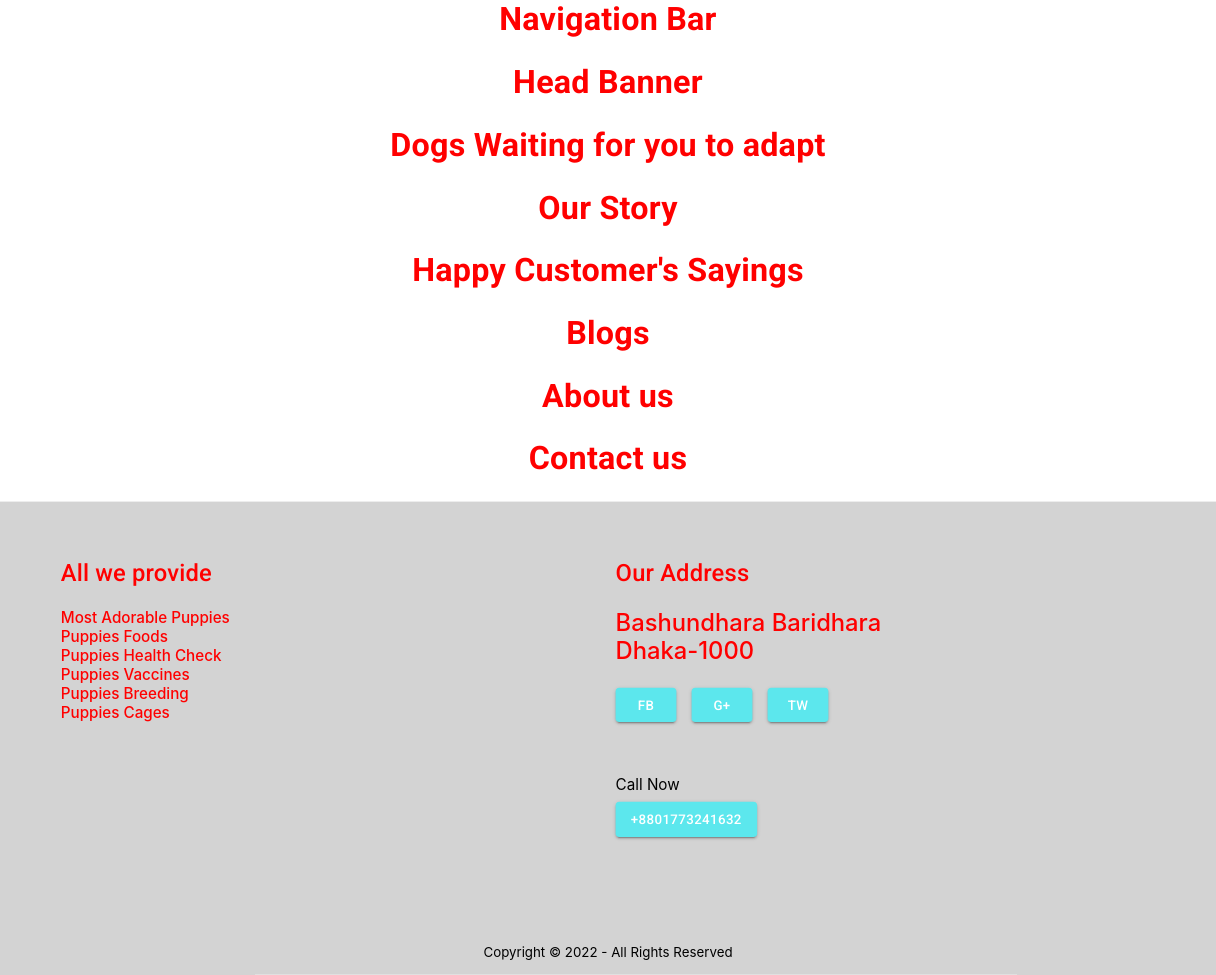
Repository: Sharif-00112/dogos-paradise-client
Page: /
The author's editor kept a copy of each file at every save. The page is drawn from the files as they stood at one save, then again after the next save.
The browser window is 1280 px wide. The pictures show the whole page, at 95% of full size.
The project was rebuilt for these pictures with package versions that can differ from the ones it lists, and the page was loaded fresh each time. Also part of the build but not shown: src/Pages/Login/Login/Login.js, src/Pages/Login/Register/Register.js, src/Pages/NotFound/NotFound.js.

Above is the page before, as saved 2022-11-30 22:48:20.

### public/index.html
<!DOCTYPE html>
<html lang="en">
  <head>
    <meta charset="utf-8" />
    <link rel="icon" href="%PUBLIC_URL%/favicon.ico" />
    <meta name="viewport" content="width=device-width, initial-scale=1" />
    <meta name="theme-color" content="#000000" />
    <meta
      name="description"
      content="Web site created using create-react-app"
    />
    <link
      rel="stylesheet" href="https://fonts.googleapis.com/css?family=Roboto:300,400,500,700&display=swap"
    />

    <link rel="apple-touch-icon" href="%PUBLIC_URL%/logo192.png" />
    <!--
      manifest.json provides metadata used when your web app is installed on a
      user's mobile device or desktop. See https://developers.google.com/web/fundamentals/web-app-manifest/
    -->
    <link rel="manifest" href="%PUBLIC_URL%/manifest.json" />
    <!--
      Notice the use of %PUBLIC_URL% in the tags above.
      It will be replaced with the URL of the `public` folder during the build.
      Only files inside the `public` folder can be referenced from the HTML.

      Unlike "/favicon.ico" or "favicon.ico", "%PUBLIC_URL%/favicon.ico" will
      work correctly both with client-side routing and a non-root public URL.
      Learn how to configure a non-root public URL by running `npm run build`.
    -->
    <title>React App</title>
  </head>
  <body>
    <noscript>You need to enable JavaScript to run this app.</noscript>
    <div id="root"></div>
    <!--
      This HTML file is a template.
      If you open it directly in the browser, you will see an empty page.

      You can add webfonts, meta tags, or analytics to this file.
      The build step will place the bundled scripts into the <body> tag.

      To begin the development, run `npm start` or `yarn start`.
      To create a production bundle, use `npm run build` or `yarn build`.
    -->
  </body>
</html>

### src/App.js
import React  from 'react';
import './App.css';
import { BrowserRouter as Router, Route, Routes} from 'react-router-dom';
import Home from './Pages/Home/Home/Home';
import Login from './Pages/Login/Login/Login';
import Register from './Pages/Login/Register/Register';
import AuthProvider from './contexts/AuthProvider/AuthProvider';
// import PrivateRoute from './Pages/Login/PrivateRoute/PrivateRoute';
import NotFound from './Pages/NotFound/NotFound';
import Contact from './Pages/Home/Contact/Contact';
import Products from './Pages/Home/Products/Products';
import Story from './Pages/Home/Story/Story';
import CustomerReviews from './Pages/Home/CustomerReviews/CustomerReviews';
import Blogs from './Pages/Home/Blogs/Blogs';
import About from './Pages/Home/About/About';
// import Footer from './Pages/Shared/Footer/Footer';
// import Dashboard from './Pages/Dashboard/Dashboard/Dashboard';

function App() {
  return (
    <div className="App">
      <AuthProvider>
        <Router>
          <Routes>
            <Route exact path = '/' element={<Home/>}/>
            <Route exact path = '/home' element={<Home/>}/>
            <Route exact path = '/login' element={<Login/>}/>
            <Route exact path = '/register' element={<Register/>}/>
            <Route exact path = '/contact' element={<Contact/>}/>
            <Route exact path = '/products' element={<Products/>}/>
            <Route exact path = '/story' element={<Story/>}/>
            <Route exact path = '/reviews' element={<CustomerReviews/>}/>
            <Route exact path = '/blogs' element={<Blogs/>}/>
            <Route exact path = '/about' element={<About/>}/>
            {/* <Route exact path = '/appointment' element = {
              <PrivateRoute>
                <Appointment></Appointment>
              </PrivateRoute>
            }> </Route> */}
            {/* <Route path = 'dashboard/*' element = {
              <PrivateRoute>
                <Dashboard></Dashboard>
              </PrivateRoute>
            }> </Route> */}
            <Route path = '*' element={<NotFound/>}/>
          </Routes>
          {/* <Footer></Footer> */}
        </Router>
      </AuthProvider>
    </div>
  );
}

export default App;

### src/Pages/Home/Home/Home.js
import React from 'react';
import Footer from '../../Shared/Footer/Footer';
import Navigation from '../../Shared/Navigation/Navigation';
import About from '../About/About';
import Banner from '../Banner/Banner';
import Blogs from '../Blogs/Blogs';
import Contact from '../Contact/Contact';
import CustomerReviews from '../CustomerReviews/CustomerReviews';
import Products from '../Products/Products';
import Story from '../Story/Story';

const Home = () => {
    return (
        <div>
            <Navigation></Navigation>
            <Banner></Banner>
            <Products></Products>
            <Story></Story>
            <CustomerReviews></CustomerReviews>
            <Blogs></Blogs>
            <About></About>
            <Contact></Contact>
            <Footer></Footer>
        </div>
    );
};

export default Home;

### src/contexts/AuthProvider/AuthProvider.js
import React from 'react';
import { createContext } from 'react';
import useFirebase from '../../hooks/useFirebase';

//step-1-context
export const AuthContext = createContext();

const AuthProvider = (props) => {
    //step-3-context
    const {children} = props;

    //step-5-context
    const allContexts = useFirebase();

    return (
        //step-2-context
        <AuthContext.Provider value={allContexts}>
            {children}
        </AuthContext.Provider>
    );
};

export default AuthProvider;

### src/Pages/Home/Contact/Contact.js
import React from 'react';
import { Typography } from '@mui/material';

const Contact = () => {
    return (
        <div>
            <Typography sx={{ m: 3, color: 'red', fontWeight: 600 }} variant="h4" component="div">
                Contact us
            </Typography>
        </div>
    );
};

export default Contact;

### src/Pages/Home/Products/Products.js
import React from 'react';
import { Typography } from '@mui/material';

const Products = () => {
    return (
        <div>
            <Typography sx={{ m: 3, color: 'red', fontWeight: 600 }} variant="h4" component="div">
                Dogs Waiting for you to adapt
            </Typography>
        </div>
    );
};

export default Products;

### src/Pages/Home/Story/Story.js
import React from 'react';
import { Typography } from '@mui/material';


const Story = () => {
    return (
        <div>
            <Typography sx={{ m: 3, color: 'red', fontWeight: 600 }} variant="h4" component="div">
                Our Story
            </Typography>
        </div>
    );
};

export default Story;

### src/Pages/Home/CustomerReviews/CustomerReviews.js
import React from 'react';
import { Typography } from '@mui/material';


const CustomerReviews = () => {
    return (
        <div>
            <Typography sx={{ m: 3, color: 'red', fontWeight: 600 }} variant="h4" component="div">
                Happy Customer's Sayings
            </Typography>
        </div>
    );
};

export default CustomerReviews;

### src/Pages/Home/Blogs/Blogs.js
import React from 'react';
import { Typography } from '@mui/material';


const Blogs = () => {
    return (
        <div>
            <Typography sx={{ m: 3, color: 'red', fontWeight: 600 }} variant="h4" component="div">
                Blogs
            </Typography>
        </div>
    );
};

export default Blogs;

### src/Pages/Home/About/About.js
import React from 'react';
import { Typography } from '@mui/material';

const About = () => {
    return (
        <div>
            <Typography sx={{ m: 3, color: 'red', fontWeight: 600 }} variant="h4" component="div">
                About us
            </Typography>
        </div>
    );
};

export default About;

### src/Pages/Shared/Footer/Footer.js
import React from 'react';
import { Typography } from '@mui/material';
import { Container } from '@mui/system';
import Box from '@mui/material/Box';
import Grid from '@mui/material/Unstable_Grid2';
import { Link } from 'react-router-dom';
import { Button } from '@mui/material';


const Footer = () => {
    return (
        <div style={{ backgroundColor: 'lightgray' }}>
        <Container sx={{ py: 5, px:10 }}>
            <Box sx={{ flexGrow: 1 }}>
                <Grid container spacing={2}>
                    <Grid item style={{ textAlign: 'left'}} xs={6} md={6}>
                        <Typography sx={{ my:2, fontSize: 18, fontWeight: 600 }} style={{color: 'red', fontWeight: 500, fontSize: 25 }} variant="h6" component="div">
                            All we provide
                        </Typography>
                        <Link
                            style={{ textDecoration:'none', color: 'red', fontWeight: 500, fontSize: 16 }}
                            to = '/emergencyDentalCare'>
                                Most Adorable Puppies
                        </Link>
                        <br />
                        <Link
                            style={{ textDecoration:'none', color: 'red', fontWeight: 500, fontSize: 16 }}
                            to = '/checkUp'>
                                Puppies Foods
                        </Link>
                        <br />
                        <Link
                            style={{ textDecoration:'none', color: 'red', fontWeight: 500, fontSize: 16 }}
                            to = '/checkUp'>
                                Puppies Health Check
                        </Link>
                        <br />
                        <Link
                            style={{ textDecoration:'none', color: 'red', fontWeight: 500, fontSize: 16 }}
                            to = '/checkUp'>
                                Puppies Vaccines
                        </Link>
                        <br />
                        <Link
                            style={{ textDecoration:'none', color: 'red', fontWeight: 500, fontSize: 16 }}
                            to = '/checkUp'>
                                Puppies Breeding
                        </Link>
                        <br />
                        <Link
                            style={{ textDecoration:'none', color: 'red', fontWeight: 500, fontSize: 16 }}
                            to = '/checkUp'>
                                Puppies Cages
                        </Link>
                    </Grid>
                    <Grid item style={{ textAlign: 'left'}} xs={6} md={6}>
                        <Typography sx={{ my:2, fontSize: 18, fontWeight: 600 }} style={{color: 'red', fontWeight: 500, fontSize: 25 }} variant="h6" component="div">
                            Our Address
                        </Typography>
                        <Typography sx={{ fontSize: 16, fontWeight: 400 }} style={{color: 'red', fontWeight: 500, fontSize: 25 }} variant="" component="div">
                                Bashundhara Baridhara <br />
                                Dhaka-1000
                        </Typography>

                        <a href="https://www.facebook.com/" target="_blank" style={{ textDecoration:'none', color:'white' }}>
                            <Button sx={{ mt:3, mr:2 }} variant="contained" style={{backgroundColor: '#5CE7ED'}}>
                                FB
                            </Button>
                        </a>
                        <a href="https://www.google.com/" target="_blank" style={{ textDecoration:'none', color:'white' }}>
                            <Button sx={{ mt:3, mr:2 }} variant="contained" style={{backgroundColor: '#5CE7ED'}}>
                                G+
                            </Button>
                        </a>
                        <a href="https://twitter.com/" target="_blank" style={{ textDecoration:'none', color:'white' }}>
                            <Button sx={{ mt:3, mr:2 }} variant="contained" style={{backgroundColor: '#5CE7ED'}}>
                                TW
                            </Button>
                        </a>

                        <Typography sx={{ mt:7, fontSize: 16, fontWeight: 400 }} variant="" component="div">
                                Call Now
                        </Typography>
                        <a href="tel:+8801773241632" style={{ textDecoration:'none', color:'white' }}>
                            <Button sx={{ mt:1, mr:2 }} variant="contained" style={{backgroundColor: '#5CE7ED'}}>
                                +8801773241632
                            </Button>
                        </a>
                    </Grid>
                </Grid>
            </Box>
        </Container>
        <Typography sx={{ p:2, mt:7, fontSize: 14, fontWeight: 400 }} variant="" component="div">
            Copyright &copy; 2022 - All Rights Reserved
        </Typography>
    </div>
    );
};

export default Footer;

### src/Pages/Shared/Navigation/Navigation.js
import React from 'react';
import { Typography } from '@mui/material';

const Navigation = () => {
    return (
        <div>
            <Typography sx={{ mx: 3, color: 'red', fontWeight: 600 }} variant="h4" component="div">
                Navigation Bar
            </Typography>
        </div>
    );
};

export default Navigation;

### src/Pages/Home/Banner/Banner.js
import React from 'react';
import { Typography } from '@mui/material';

const Banner = () => {
    return (
        <div>
            <Typography sx={{ m: 3, color: 'red', fontWeight: 600 }} variant="h4" component="div">
                Head Banner
            </Typography>
        </div>
    );
};

export default Banner;

### src/Pages/Login/Firebase/firebase.initialize.js
import { initializeApp } from "firebase/app";
import firebaseConfig from "./firebase.config";

const initializeAuthentication = () =>{
    initializeApp(firebaseConfig);
}

export default initializeAuthentication;

### src/Pages/Login/Firebase/firebase.config.js
// console.log(process.env);

const firebaseConfig = {
  apiKey: process.env.REACT_APP_FIREBASE_API_KEY,
  authDomain: process.env.REACT_APP_FIREBASE_AUTH_DOMAIN,
  projectId: process.env.REACT_APP_FIREBASE_PROJECT_ID,
  storageBucket: process.env.REACT_APP_FIREBASE_STORAGE_BUCKET,
  messagingSenderId: process.env.REACT_APP_FIREBASE_MESSAGING_SENDER_ID,
  appId: process.env.REACT_APP_FIREBASE_APP_ID,
  measurementId: process.env.REACT_APP_FIREBASE_MEASUREMENT_ID
};

export default firebaseConfig;

// .env.local
// REACT_APP_FIREBASE_API_KEY=AIzaSyCGaQ8G2l5KeOKX4bAJ7MC19oWW_2vnTNQ
// REACT_APP_FIREBASE_AUTH_DOMAIN=dogos-paradise.firebaseapp.com
// REACT_APP_FIREBASE_PROJECT_ID=dogos-paradise
// REACT_APP_FIREBASE_STORAGE_BUCKET=dogos-paradise.appspot.com
// REACT_APP_FIREBASE_MESSAGING_SENDER_ID=824394057307
// REACT_APP_FIREBASE_APP_ID=1:824394057307:web:727ac0c86627b9544a617e
// REACT_APP_FIREBASE_MEASUREMENT_ID=G-DL8JJ6MYSD

// const firebaseConfig = {
  // apiKey: "AIzaSyCGaQ8G2l5KeOKX4bAJ7MC19oWW_2vnTNQ",
  // authDomain: "dogos-paradise.firebaseapp.com",
  // projectId: "dogos-paradise",
  // storageBucket: "dogos-paradise.appspot.com",
  // messagingSenderId: "824394057307",
  // appId: "1:824394057307:web:727ac0c86627b9544a617e",
  // measurementId: "G-DL8JJ6MYSD"
// };

Loaded but not shown: src/index.js (common file); src/index.css (common file); src/reportWebVitals.js (common file); src/App.css (common file); src/hooks/useFirebase.js (273 lines, source omitted)

After the next save:
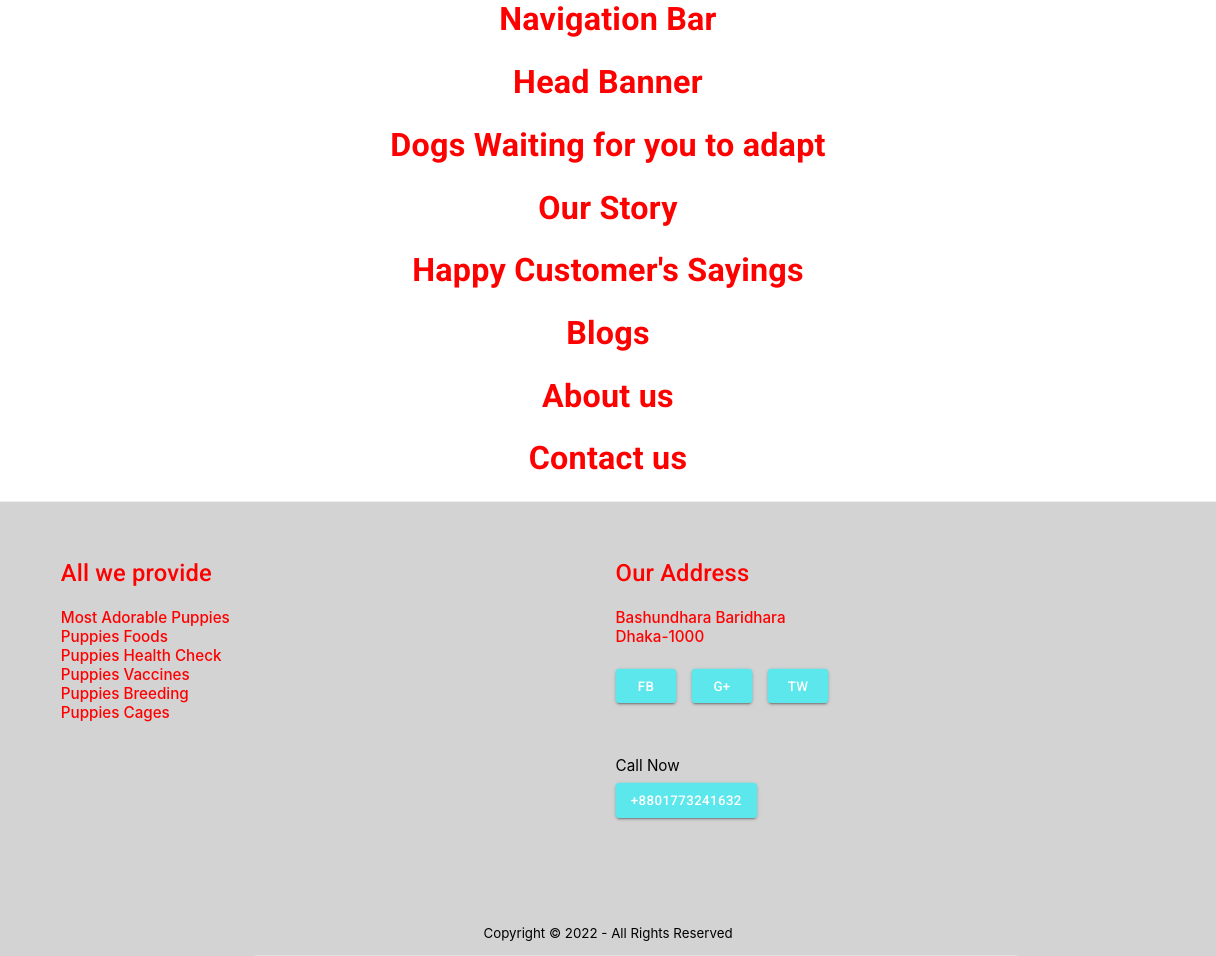
Saved 18 s later.
--- a/src/Pages/Shared/Footer/Footer.js
+++ b/src/Pages/Shared/Footer/Footer.js
@@ -57,7 +57,7 @@ const Footer = () => {
                         <Typography sx={{ my:2, fontSize: 18, fontWeight: 600 }} style={{color: 'red', fontWeight: 500, fontSize: 25 }} variant="h6" component="div">
                             Our Address
                         </Typography>
-                        <Typography sx={{ fontSize: 16, fontWeight: 400 }} style={{color: 'red', fontWeight: 500, fontSize: 25 }} variant="" component="div">
+                        <Typography sx={{ fontSize: 16, fontWeight: 400 }} style={{color: 'red', fontWeight: 500, fontSize: 16 }} variant="" component="div">
                                 Bashundhara Baridhara <br />
                                 Dhaka-1000
                         </Typography>
